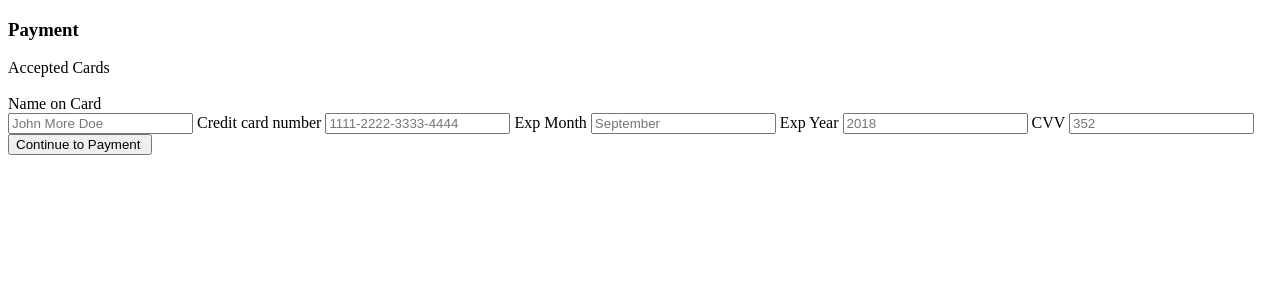
Repository: Shivani2392/FlyAwayProject
Page: http://localhost/FlightBookingPortal/Payement.jsp
The author's editor kept a copy of each file at every save. The page is drawn from the files as they stood at one save, then again after the next save.
The browser window is 1280 px wide. The pictures show the whole page.
The page is served by Tomcat 9.

Above is the page before, as saved 2020-11-21 15:35:56.

After the next save:
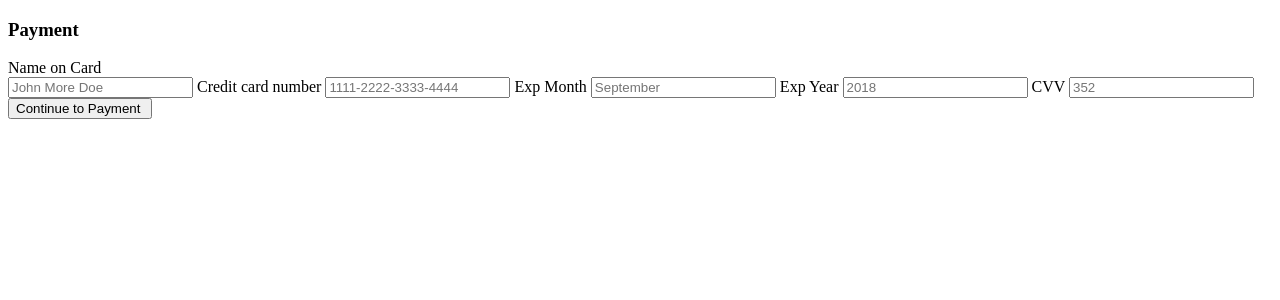
Saved 15 s later.
--- a/FlightBookingPortal/src/main/webapp/Payement.jsp
+++ b/FlightBookingPortal/src/main/webapp/Payement.jsp
@@ -11,7 +11,7 @@
 <body>
           <form action="PaymentService" method="post">
             <h3>Payment</h3>
-            <label for="fname">Accepted Cards</label> <br><br>
+
             <label for="cname">Name on Card</label><br>
             <input type="text" id="cname" name="cardname" placeholder="John More Doe">
             <label for="ccnum">Credit card number</label>
